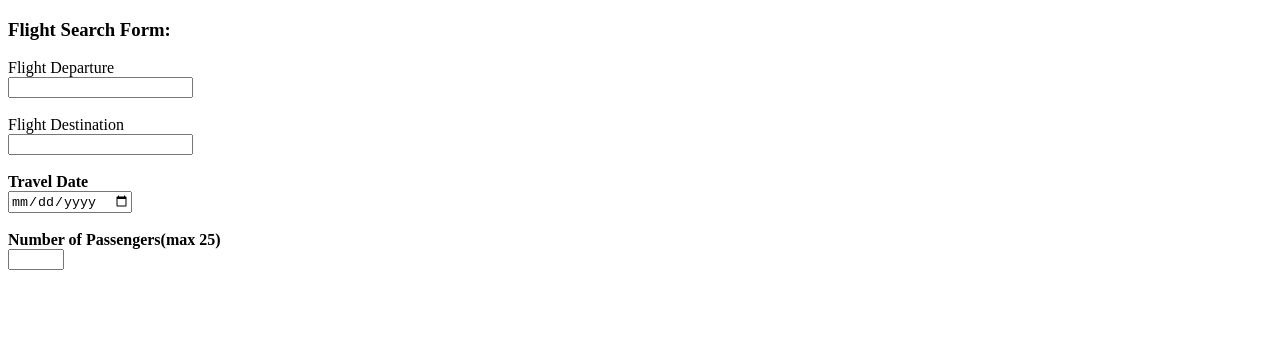
Repository: rkelly7391/SNHU_IT-634-X3894_18TW3
Page: http://localhost/RyanAirlineProject/FlightSearch
The author's editor kept a copy of each file at every save. The page is drawn from the files as they stood at one save, then again after the next save.
The browser window is 1280 px wide. The pictures show the whole page.
The page is served by Tomcat 9.

Above is the page before, as saved 2018-03-04 23:26:54.

After the next save:
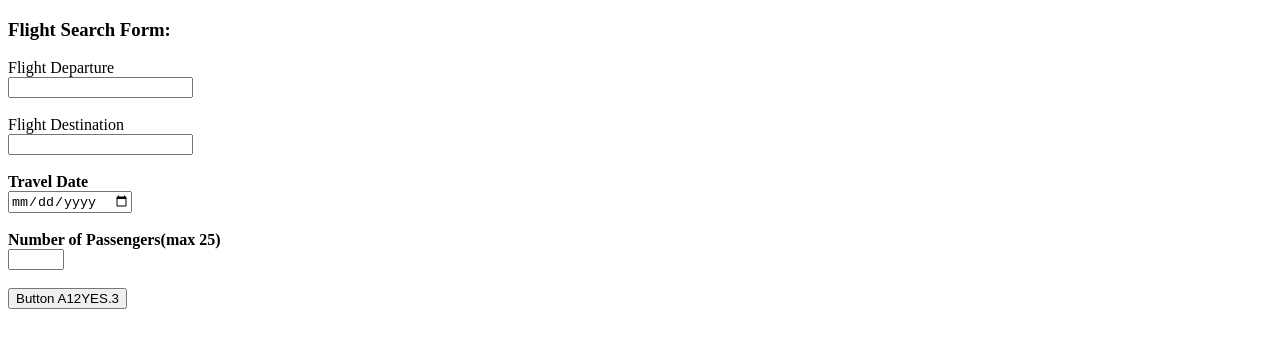
Saved 2 min 51 s later.
--- a/RyanAirlineProject/source/production/java/RyanFlightSearchServlet.java
+++ b/RyanAirlineProject/source/production/java/RyanFlightSearchServlet.java
@@ -50,6 +50,16 @@ public class RyanFlightSearchServlet extends HttpServlet {
         writer.append("<input type=\"date\" name=\"travel\"/><br/><br/>\r\n");
         writer.append("<b>Number of Passengers(max 25)</b><br/>\r\n");
         writer.append("<input type=\"number\" name=\"pass\" min=\"1\" max=\"25\"/><br/><br/>\r\n");
+        writer.append("<button>");
+        		writer.append("<text>Button A</text>");
+        						writer.append("<font_size>12</font_size>");
+
+
+        								writer.append("<bold>YES</bold>");
+        										writer.append("<opacity>.3</opacity>");
+
+
+        																		writer.append("</button>");
 //        writer.append("<input type=\"submit\" value=\"Submit\"/>\r\n");
         writer.append("</form>\r\n");
 
